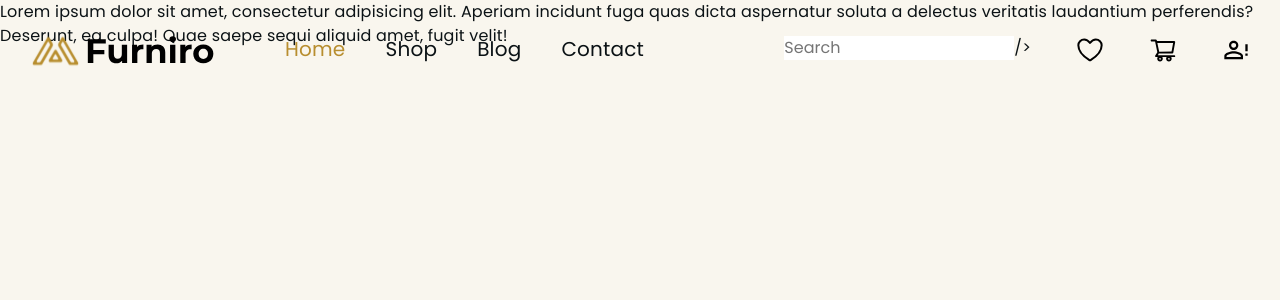
Repository: binhphanbp/furniro-interior_website
Page: index.html
An editor plug-in stored every save of this project. The page is shown before and after a run of saves, followed by the edit.
The browser window is 1280 px wide. The pictures show the whole page.

Above is the page before, as saved 2025-02-19 23:50:25.

### index.html
<!DOCTYPE html>
<html lang="en">
  <head>
    <meta charset="UTF-8" />
    <meta name="viewport" content="width=device-width, initial-scale=1.0" />
    <title>Furniro</title>

    <!-- Favicon -->
    <link rel="shortcut icon" href="./icons/favicon.ico" type="image/x-icon" />
    <link rel="icon" href="./icons/favicon.ico" type="image/x-icon" />

    <!-- Link CSS -->
    <link rel="stylesheet" href="./src/assets/styles/main.css" />
  </head>
  <body class="homepage">
    <!-- PROGRESS BAR -->
    <div class="progress-container">
      <div class="progress-bar"></div>
    </div>

    <!-- HEADER -->

    <header class="header">
      <div class="container">
        <nav class="header__menu">
          <a class="header__logo" href="#">
            <img src="./icons/furniro-logo-type.svg" alt="logo-furniro" />
          </a>
          <ul class="header__menu-list">
            <li>
              <a href="#" class="--active">home</a>
            </li>
            <li>
              <a href="./src/pages/shop.html">shop</a>
            </li>
            <li>
              <a href="./src/pages/blog.html">blog</a>
            </li>
            <li>
              <a href="./src/pages/contact.html">contact</a>
            </li>
          </ul>
        </nav>
        <ul class="header__icons">
          <li class="header__icons-item">
            <input
              type="text"
              placeholder="Search"
              <img
              src="./icons/icon-search.svg"
              alt="icon-search"
            />/>
          </li>
          <li class="header__icons-item">
            <a href="#">
              <img src="./icons/icon-heart.svg" alt="icon-heart" />
            </a>
          </li>
          <li class="header__icons-item">
            <a href="./src/pages/cart.html">
              <img src="./icons/icon-cart.svg" alt="icon-cart"
            /></a>
          </li>
          <li class="header__icons-item">
            <a href="#">
              <img src="./icons/icon-account-alert.svg" alt="icon-account" />
            </a>
          </li>
        </ul>
      </div>
    </header>

    <!-- MAIN -->
    <main class="main">
      <p>
        Lorem ipsum dolor sit amet, consectetur adipisicing elit. Aperiam
        incidunt fuga quas dicta aspernatur soluta a delectus veritatis
        laudantium perferendis? Deserunt, ea culpa! Quae saepe sequi aliquid
        amet, fugit velit!
      </p>
      <!-- Section Hero -->
      <section class="schero">
        <div class="container"></div>
      </section>

      <!-- Section Menu -->
      <section class="scmenu">
        <div class="container"></div>
      </section>

      <!-- Section Services -->
      <section class="scservices">
        <div class="container"></div>
      </section>

      <!-- Section Delivery -->
      <section class="scdelivery">
        <div class="container"></div>
      </section>

      <!-- Section Our Customers -->
      <section class="sccustomers">
        <div class="container"></div>
      </section>

      <!-- Section Our Blog -->
      <section class="scblog">
        <div class="container"></div>
      </section>
    </main>

    <!-- FOOTER -->
    <footer class="footer">
      <div class="container"></div>
    </footer>

    <!-- JavaScript -->
    <script type="module" src="./src/scripts/main.js"></script>
  </body>
</html>

### src/assets/styles/main.css
/* Reset CSS */
@import './base/reset.css';

/* Font */
@import './base/variables.css';
@import './base/fonts.css';

/* Layouts (General Structure) */
@import './base/layouts.css';

/* Components */
@import './components/header.css';
@import './components/footer.css';
@import './components/components.css';

/* Pages */
@import './pages/home.css';
@import './pages/shop.css';
@import './pages/shop-details.css';
@import './pages/cart.css';
@import './pages/checkout.css';
@import './pages/product-comparison.css';
@import './pages/blog.css';
@import './pages/contact.css';

### src/assets/styles/base/reset.css
* {
  margin: 0;
  padding: 0;
  border: 0;
  font-size: 100%;
  font: inherit;
  vertical-align: baseline;
  box-sizing: border-box;
}
body {
  line-height: 1;
}
ol,
ul {
  list-style: none;
}
blockquote,
q {
  quotes: none;
}
blockquote:before,
blockquote:after,
q:before,
q:after {
  content: '';
  content: none;
}
table {
  border-collapse: collapse;
  border-spacing: 0;
}
img,
object,
embed {
  max-width: 100%;
}

a {
  text-decoration: none;
  outline: 0;
}
strong {
  font-family: db;
}
sub {
  vertical-align: sub;
  font-size: smaller;
}
sup {
  vertical-align: super;
  font-size: smaller;
}

### src/assets/styles/base/variables.css
:root {
  /* Page Setting Variables */
  --max-width-page: 2560px;
  --max-width-container-fluid: 1920px;
  --max-width-container: calc(1236px + calc(var(--gap) * 2));

  --gap: 30px;
  --pd-left-right: 20px;

  /* Color Variables */
  --primary-cl: #b88e2f;
  --primary-cl-hover: #d3ac51;
  --secondary-cl: #fff3e3;
  --tertiary-cl: #f3e9dc;

  --white-page-cl: #f9f6ee;
  --black-cl: #0b1215;

  --gray-dark-cl: #898989;
  --gray-light-cl: #9f9f9f;
  --product-hover: #3a3a3a;

  --red-cl: #e97171;
  --green-cl: #2ec1ac;
  --purple-cl: #816dfa;

  /* Font-size, Line-height, Letter-spacing Variables: */
  --fs-h1: 5.6rem;
  --lh-h1: 6.5rem;
  --ls-h1: 2px;

  --fs-h2: 4rem;
  --lh-h2: 4.8rem;
  --ls-h2: 0.25px;

  --fs-h3: 2.4rem;
  --lh-h3: 2.8rem;
  --ls-h3: 0.1px;

  --fs-text-button: 1.6rem;
  --lh-text-button: 2.4rem;
  --ls-text-button: 0.2px;

  --fs-body: 1.6rem;
  --lh-body: 2.4rem;
  --ls-body: 0.2px;

  /* Fonts: */
  --font-body: ppr;
  --font-body-light: ppl;
  --font-body-medium: ppm;
  --font-body-semibold: ppsb;
  --font-body-bold: ppb;

  /* General Variables */
  --height-header: 100px;
  --height-footer: 505px;
  --height-button: 48px;
  --height-button-medium: 64px;
  --height-button-large: 74px;
  --pd-section: 60px;

  /* Timing Transition Variables: */
  --duration: 0.4s;
  --cubic: cubic-bezier(0.59, 0.29, 0.15, 0.93);
}

### src/assets/styles/base/fonts.css
@font-face {
  font-family: 'ppl';
  src: url('../../fonts/Poppins-Light.woff2') format('woff2'),
    url('../../fonts/Poppins-Light.woff') format('woff');
  font-weight: 300;
  font-style: normal;
  font-display: swap;
}

@font-face {
  font-family: 'ppr';
  src: url('../../fonts/Poppins-Regular.woff2') format('woff2'),
    url('../../fonts/Poppins-Regular.woff') format('woff');
  font-weight: normal;
  font-style: normal;
  font-display: swap;
}

@font-face {
  font-family: 'ppm';
  src: url('../../fonts/Poppins-Medium.woff2') format('woff2'),
    url('../../fonts/Poppins-Medium.woff') format('woff');
  font-weight: 500;
  font-style: normal;
  font-display: swap;
}

@font-face {
  font-family: 'ppsb';
  src: url('../../fonts/Poppins-SemiBold.woff2') format('woff2'),
    url('../../fonts/Poppins-SemiBold.woff') format('woff');
  font-weight: 600;
  font-style: normal;
  font-display: swap;
}

@font-face {
  font-family: 'ppb';
  src: url('../../fonts/Poppins-Bold.woff2') format('woff2'),
    url('../../fonts/Poppins-Bold.woff') format('woff');
  font-weight: bold;
  font-style: normal;
  font-display: swap;
}

### src/assets/styles/base/layouts.css
html {
  font-size: 62.5%;

  scroll-behavior: smooth;

  /* CUSTOM SCROLLBAR */
  /* width */
  ::-webkit-scrollbar {
    width: 10px;
  }
  /* Track */
  ::-webkit-scrollbar-track {
    background: var(--gray-light-cl);
  }
  /* Handle */
  ::-webkit-scrollbar-thumb {
    background: var(--primary-cl);
    border-radius: 40px;
  }
  /* Handle on hover */
  ::-webkit-scrollbar-thumb:hover {
    background: var(--gray-dark-cl);
  }

  /* Custom background-color text selection */
  ::-moz-selection {
    color: var(--white-page-cl);
    background: var(--primary-cl);
  }
  ::selection {
    color: var(--white-page-cl);
    background: var(--primary-cl);
  }
}

body {
  background-color: var(--white-page-cl);
  width: 100%;
  max-width: var(--max-width-page);
  margin: auto;

  color: var(--black-cl);
  font-family: var(--font-body);
  font-size: var(--fs-body);
  line-height: var(--lh-body);
  letter-spacing: var(--ls-body);
}

.container-fluid {
  width: 100%;
  max-width: var(--max-width-container-fluid);
  padding-right: var(--gap);
  padding-left: var(--gap);
  margin-right: auto;
  margin-left: auto;
  position: relative;
}

.container {
  width: 100%;
  max-width: var(--max-width-container);
  padding-right: var(--gap);
  padding-left: var(--gap);
  margin-right: auto;
  margin-left: auto;
  position: relative;
}

.main {
  position: relative;
}

section .ptb {
  padding: var(--pd-section) 0;
}
section .pt {
  padding: var(--pd-section);
}
section .pb {
  padding: var(--pd-section);
}

### src/assets/styles/components/header.css
.header {
  position: absolute;
  top: 0;
  z-index: 3;
  width: 100%;
  max-width: var(--max-width-page);
  height: var(--height-header);
}

.header .container {
  display: flex;
  align-items: center;
  justify-content: space-between;
  height: 100%;
}

.header .header__menu {
  display: flex;
  align-items: center;
  gap: 50px;
}

/* Header Menu */
.header .header__menu .header__menu-list {
  display: flex;
}

.header .header__menu .header__menu-list li a {
  padding: 8px var(--pd-left-right);
  text-transform: capitalize;
  font-size: 2rem;
  color: var(--black-cl);
  text-wrap: nowrap;
  cursor: pointer;

  transition: var(--duration);
  -webkit-transition: var(--duration);
  -moz-transition: var(--duration);
  -ms-transition: var(--duration);
  -o-transition: var(--duration);
}
.header .header__menu .header__menu-list li a:hover,
.header .header__menu .header__menu-list li a.--active {
  color: var(--primary-cl);
}

.header .header__menu .header__menu-list li a::after {
  content: '';
  display: block;
  /* width: calc(100% - calc(var(--padding-lf) * 2)); */
  width: 0;
  height: 2px;
  background-color: var(--primary-cl);
  position: absolute;
  bottom: 0;
  left: 50%;
  transform: translateX(-50%);

  transition: var(--duration);
  -webkit-transition: var(--duration);
  -moz-transition: var(--duration);
  -ms-transition: var(--duration);
  -o-transition: var(--duration);
}
.header .header__menu .header__menu-list li a::after:hover,
.header .header__menu .header__menu-list li a::after.--active {
  width: calc(100% - calc(var(--pd-left-right) * 2));
}

/* Header Icons */
.header .header__icons {
  display: flex;
  gap: 45px;
}

### src/assets/styles/components/components.css
img {
  max-width: 100%;
  -webkit-user-select: none;
  -moz-user-select: none;
  -ms-user-select: none;
  user-select: none;
  display: block;
  outline: 0;
  object-fit: contain;
}

img .--center {
  margin: 0 auto;
  display: block;
}

.--hidden {
  display: none;
}

.--disable-scroll {
  height: 100vh;
  overflow: hidden;
}

/* Progress Bar */
.progress-container {
  position: fixed;
  top: 0;
  left: 0;
  width: 100%;
  height: 5px;
  background: var(--white-page-cl);
}

.progress-bar {
  height: 100%;
  background: var(--primary-cl);
  width: 0%;

  /* Scroll-driven animation */
  animation: grow linear;
  animation-timeline: scroll();
}

@keyframes grow {
  from {
    width: 0%;
  }
  to {
    width: 100%;
  }
}

/* Heading */
.heading {
  font-family: prb;
  color: var(--black-cl);
  text-transform: uppercase;
}
.heading .--h1 {
  font-size: var(--fs-h1);
  line-height: var(--lh-h1);
  letter-spacing: var(--ls-h1);
}
.heading .--h2 {
  font-size: var(--fs-h2);
  line-height: var(--lh-h2);
  letter-spacing: var(--ls-h2);
}
.heading .--h3 {
  font-size: var(--fs-h3);
  line-height: var(--lh-h3);
  letter-spacing: var(--ls-h3);
}
.heading .--primary-cl {
  color: var(--primary-cl);
}
.heading .--gray-light-cl {
  color: var(--gray-light-cl);
}

.textbutton {
  font-family: var(--font-body-semibold);
  font-size: var(--fs-text-button);
  line-height: var(--lh-text-button);
  letter-spacing: var(--ls-text-button);
}
/* Textbox */
.textbox .--align-center {
  text-align: center;
}

.textbox .desc {
  margin-top: 10px;
  color: var(--gray-dark-cl);
}

/* BUTTON */
.btn {
  display: inline-flex;
  align-items: center;
  justify-content: center;
  gap: 10px;
  padding: 0 36px;

  height: var(--height-button);
  font-family: var(--font-body-semibold);
  border: var(--primary-cl) solid 1px;
  background-color: var(--primary-cl);
  color: var(--white-page-cl);

  white-space: nowrap;
  cursor: pointer;
  transition: var(--duration);
  -webkit-transition: var(--duration);
  -moz-transition: var(--duration);
  -ms-transition: var(--duration);
  -o-transition: var(--duration);
}
.btn:hover {
  border: var(--white-page-cl) solid 1px;
  background-color: var(--primary-cl);
  color: var(--primary-cl);
}

.btn .--large {
  height: var(--height-button-large);
  padding: 0 72px;

  font-family: var(--font-body-bold);
  text-transform: uppercase;
}

.btn .--stroke {
  height: 48px;
  padding: 0 78px;
  background-color: transparent;
  color: var(--primary-cl);
  stroke: 1px solid var(--primary-cl);
}
.btn .--stroke:hover {
  background-color: var(--primary-cl);
  color: var(--white-page-cl);
}

.btn .--stroke-black {
  height: 48px;
  padding: 0 48px;
  background-color: transparent;
  color: var(--black-cl);
  stroke: 1px solid var(--black-cl);
}
.btn .--stroke-black:hover {
  background-color: var(--black-cl);
  color: var(--white-page-cl);
}

/* Button Pagination */
.btn-pagination {
  height: 60px;
  padding: 0 27px;

  background-color: var(--secondary-cl);
  color: var(--black-cl);
}
.btn-pagination:hover {
  background-color: var(--primary-cl-hover);
  color: var(--white-page-cl);
}
.btn-pagination .--active {
  background-color: var(--primary-cl);
  color: var(--white-page-cl);
}

Loaded but not shown: src/scripts/main.js (no stored copy; drawn as an empty file); src/assets/styles/components/footer.css (no stored copy; drawn as an empty file); src/assets/styles/pages/home.css (no stored copy; drawn as an empty file); src/assets/styles/pages/shop.css (no stored copy; drawn as an empty file); src/assets/styles/pages/shop-details.css (no stored copy; drawn as an empty file); src/assets/styles/pages/cart.css (no stored copy; drawn as an empty file); src/assets/styles/pages/checkout.css (no stored copy; drawn as an empty file); src/assets/styles/pages/product-comparison.css (no stored copy; drawn as an empty file); src/assets/styles/pages/blog.css (no stored copy; drawn as an empty file); src/assets/styles/pages/contact.css (no stored copy; drawn as an empty file)

After the next 2 saves:
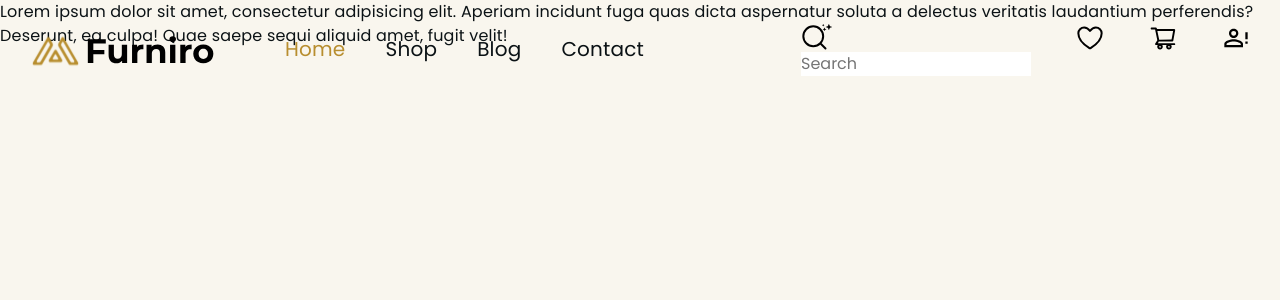
The 2 saves are shown as one change because they came seconds apart.
The last was saved 11 s later.
--- a/index.html
+++ b/index.html
@@ -43,13 +43,8 @@
         </nav>
         <ul class="header__icons">
           <li class="header__icons-item">
-            <input
-              type="text"
-              placeholder="Search"
-              <img
-              src="./icons/icon-search.svg"
-              alt="icon-search"
-            />/>
+            <img src="./icons/icon-search.svg" alt="icon-search" />
+            <input type="text" placeholder="Search" />
           </li>
           <li class="header__icons-item">
             <a href="#">
